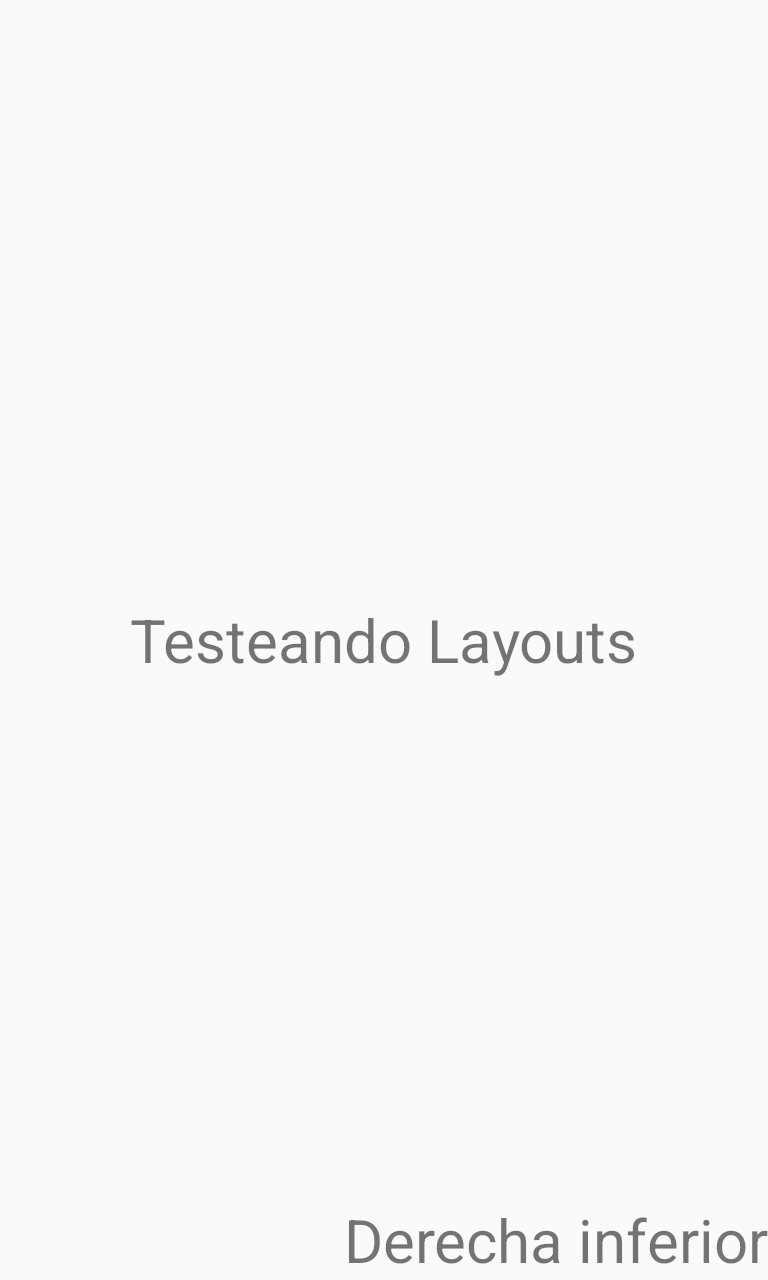
Repository: jromanz/android-projects
Layout: ListaAlumnos/res/layout/activity_frame_layout.xml
An editor plug-in stored every save of this project. The layout is shown before and after the next save, followed by the edit.
It is drawn on a 768 x 1280 px phone screen (xhdpi) without system bars, with theme AppTheme; the app's code is not run.

Above is the layout before, as saved 2014-08-28 23:19:56.

### ListaAlumnos/res/layout/activity_frame_layout.xml
<FrameLayout xmlns:android="http://schemas.android.com/apk/res/android"
    xmlns:tools="http://schemas.android.com/tools"
    android:layout_width="fill_parent"
    android:layout_height="fill_parent"
    tools:context="${relativePackage}.${activityClass}" >

    <TextView
        android:layout_width="wrap_content"
        android:layout_height="wrap_content"
        android:text="Testeando Layouts"
        android:textSize="30sp"
        android:layout_gravity="center"
        />


    <TextView
        android:layout_width="wrap_content"
        android:layout_height="wrap_content"
        android:text="Derecha inferior"
        android:textSize="30sp"
        android:layout_gravity="bottom|right"
        />

</FrameLayout>

Loaded but not shown: ListaAlumnos/res/values/styles.xml (common file); ListaAlumnos/res/values-v11/styles.xml (common file); ListaAlumnos/res/values-v14/styles.xml (common file)

After the next save:
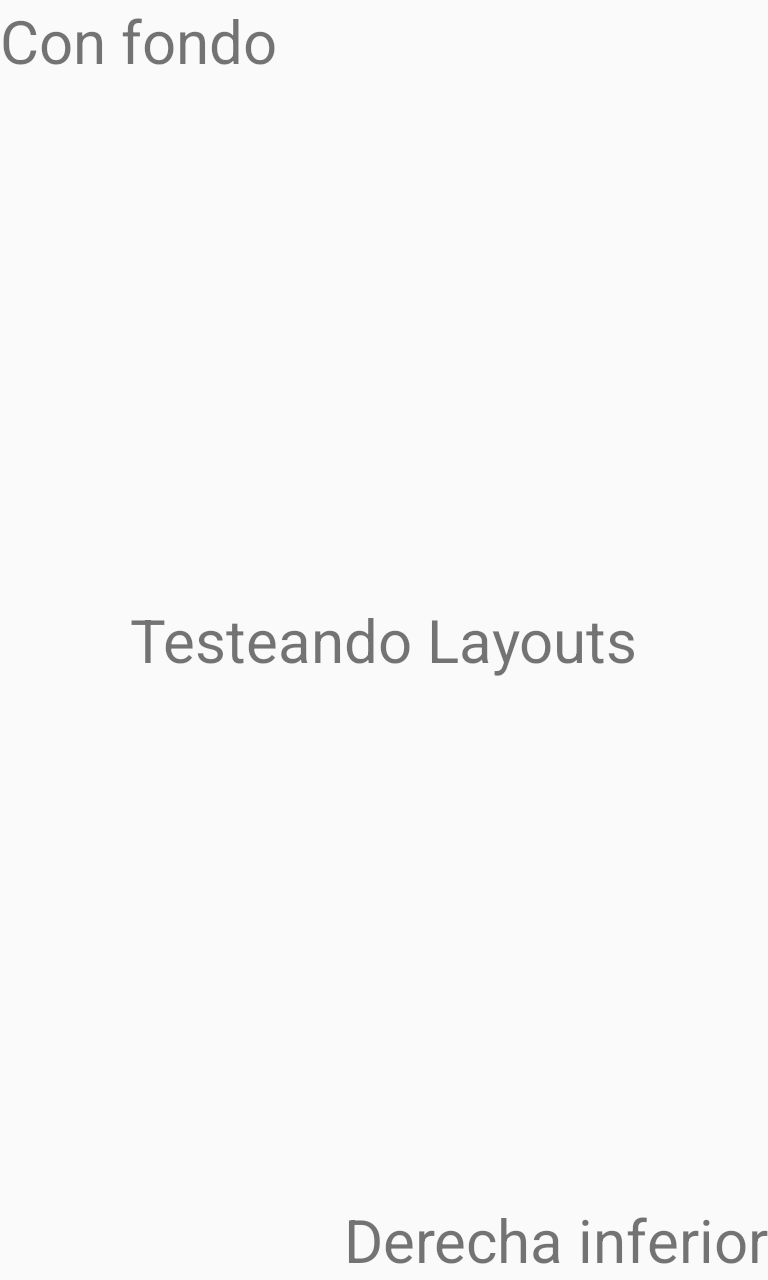
Saved 4 min 12 s later.
--- a/ListaAlumnos/res/layout/activity_frame_layout.xml
+++ b/ListaAlumnos/res/layout/activity_frame_layout.xml
@@ -3,6 +3,14 @@
     android:layout_width="fill_parent"
     android:layout_height="fill_parent"
     tools:context="${relativePackage}.${activityClass}" >
+
+        <TextView
+        android:layout_width="wrap_content"
+        android:layout_height="wrap_content"
+        android:text="Con fondo"
+        android:textSize="30sp"
+        android:layout_gravity="top|left"
+        />
 
     <TextView
         android:layout_width="wrap_content"
